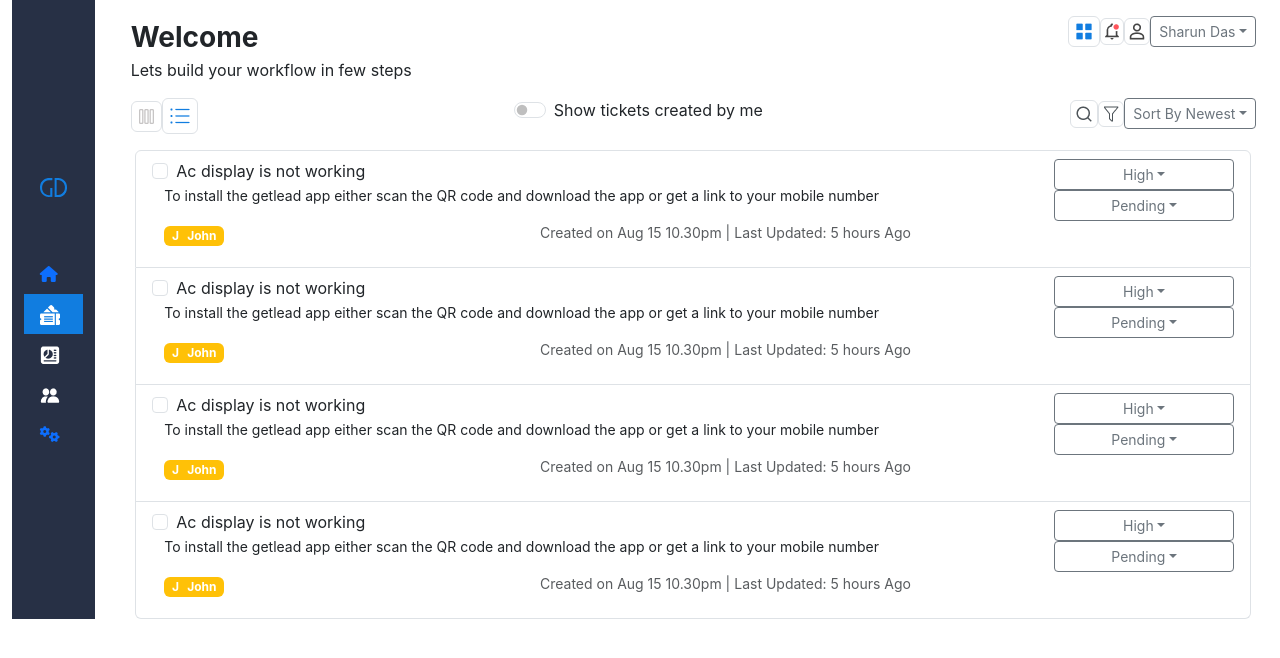
Repository: rishikarajeev/GL_HelpDesk
Page: /showtickets
An editor plug-in stored every save of this project. The page is shown before and after a run of saves, followed by the edit.
The browser window is 1280 px wide. The pictures show the whole page.
The project was rebuilt for these pictures with package versions that can differ from the ones it lists, and the page was loaded fresh each time. Also part of the build but not shown: src/App.css, src/Pages/HomePage.jsx.

Above is the page before, as saved 2024-01-09 14:26:28.

After the next 2 saves:
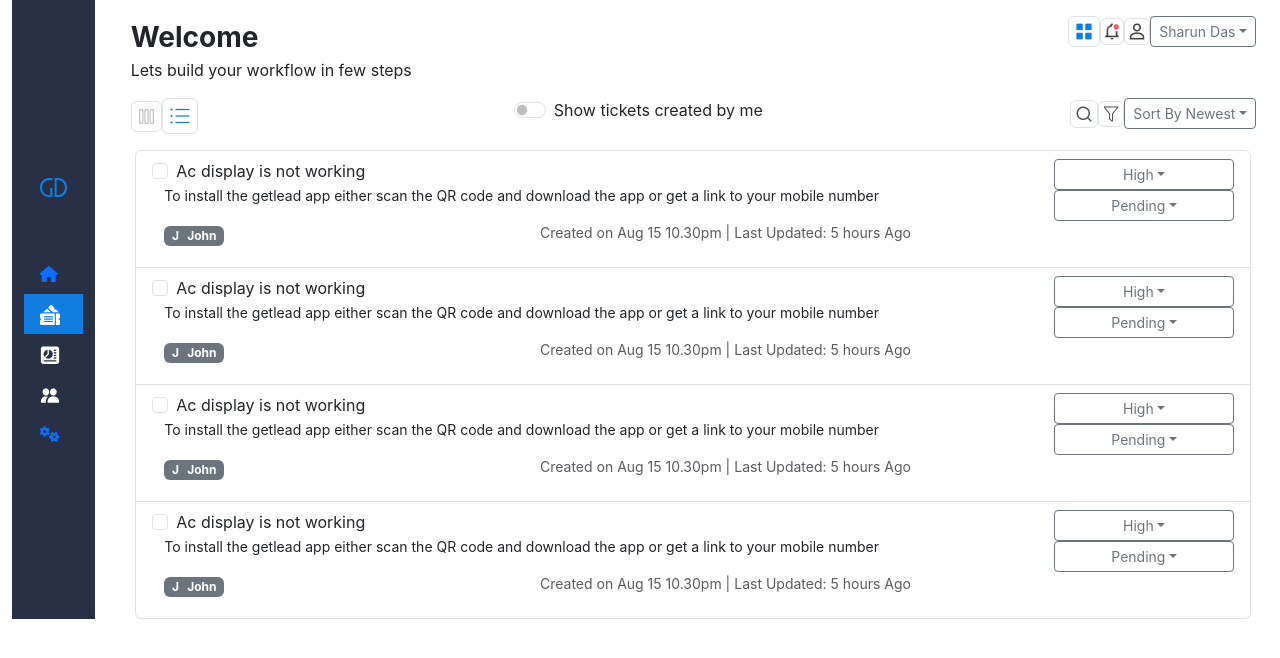
The 2 saves are shown as one change because they came seconds apart.
The last was saved 4 s later.
--- a/src/Components/UserBadge.jsx
+++ b/src/Components/UserBadge.jsx
@@ -13,8 +13,8 @@ const UserBadge = ({ name }) => {
 
   return (
     <div>
-      <Badge bg="warning">
-      <div className="rounded-circle bg-seconda text-white d-flex align-items-center justify-content-center">
+      <Badge bg="secondary">
+      <div className="rounded-circle bg-secondary text-white d-flex align-items-center justify-content-center">
 
         <div className="circle_icon"> <span >{initials} </span> </div>
         <span className="ms-2">{name}</span>
